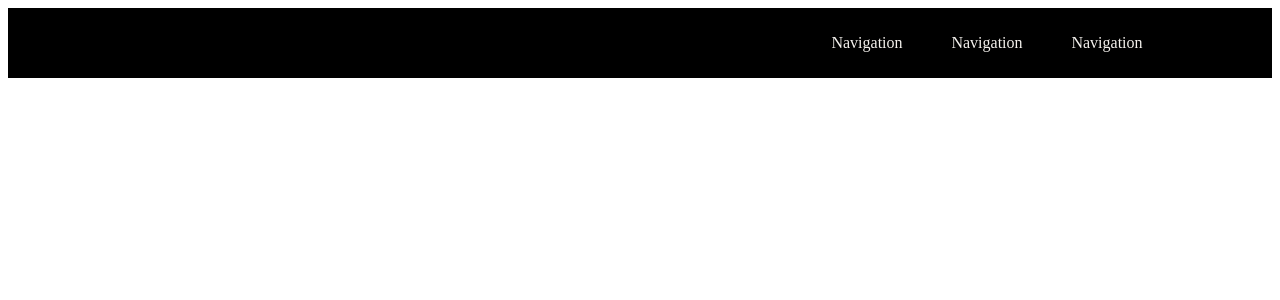
Repository: piotrokrutniak/Projekt-Studia
Page: index.html
The author's editor kept a copy of each file at every save. The page is drawn from the files as they stood at one save, then again after the next save.
The browser window is 1280 px wide. The pictures show the whole page.

Above is the page before, as saved 2023-03-04 02:55:25.

### index.html
<!DOCTYPE html>
<head>
    <meta charset="UTF-8" />
    <meta http-equiv="X-UA-Compatible" content="IE=edge" />
    <meta name="viewport" content="width=device-width, initial-scale=1.0" />
    <link rel="stylesheet" type="text/css" href="styles.css" />
    <title>Website Title</title>
</head>
<body>
    <div class="navbar-container">
        <div class="navbar">
            <div class="logo">
                <div class="logo-contents">
                    WebsiteLogo
                </div>
            </div>
            <div class="navigation">
                <a href="/index" class="navigation-link">
                    <div class="navigation-button">
                        Navigation
                    </div>
                </a>
                <a href="/index" class="navigation-link">
                    <div class="navigation-button">
                        Navigation
                    </div>
                </a>
                <a href="/index" class="navigation-link">
                    <div class="navigation-button">
                        Navigation
                    </div>
                </a>
            </div>
        </div>
    </div>
</body>

### styles.css
.navbar-container{
    width: 100%;
    height: 70px;
    background: black;
    position: sticky;
    top: 0;
}

.navbar{
    position: relative;
    max-width: 1024px;
    min-width: 328px;
    top: 0px;
    margin: auto;
    display: flex;
    flex-direction:row;
    justify-content: space-between;
    top: 50%;
    -ms-transform: translateY(-50%);
    transform: translateY(-50%);

}

a{
    text-decoration: none;
    color:rgba(245, 242, 238);
}

.navigation{
    display: grid;
    grid-template-columns: 90px 90px 90px;
    grid-gap: 30px;
}

.navigation-link{
    position: relative;
    height: 50px;

}

.navigation-link:hover{
    border-bottom: 2px solid;
    border-color: aqua;

}

.navigation-button{
    text-align: center;
    position: relative;
    top: 50%;
    -ms-transform: translateY(-50%);
    transform: translateY(-50%);
}

.logo{
    position: relative;
    height: 50px;
    padding-left: 20px;
    padding-right: 20px;
}

.logo-contents{
    text-align: center;
    position: relative;
    top: 50%;
    -ms-transform: translateY(-50%);
    transform: translateY(-50%);
}

After the next save:
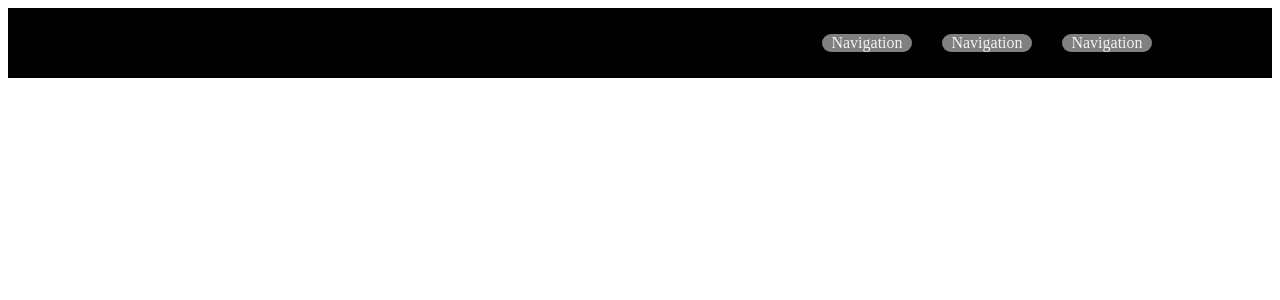
Saved 72 s later.
--- a/styles.css
+++ b/styles.css
@@ -50,6 +50,8 @@ a{
     top: 50%;
     -ms-transform: translateY(-50%);
     transform: translateY(-50%);
+    background: gray;
+    border-radius: 20px;
 }
 
 .logo{
